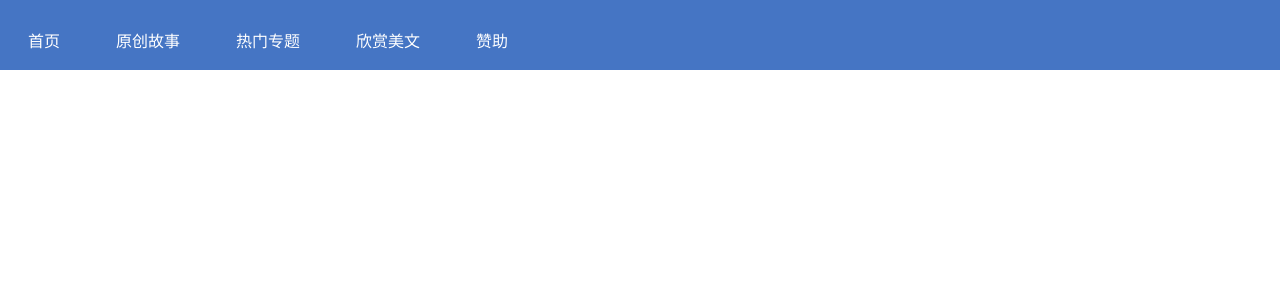
Repository: equation-zheng/Article
Page: http://localhost/Idles/
An editor plug-in stored every save of this project. The page is shown before and after the next save, followed by the edit.
The browser window is 1280 px wide. The pictures show the whole page.
The page is served by Tomcat 9.

Above is the page before, as saved 2017-12-05 08:40:41.

After the next save:
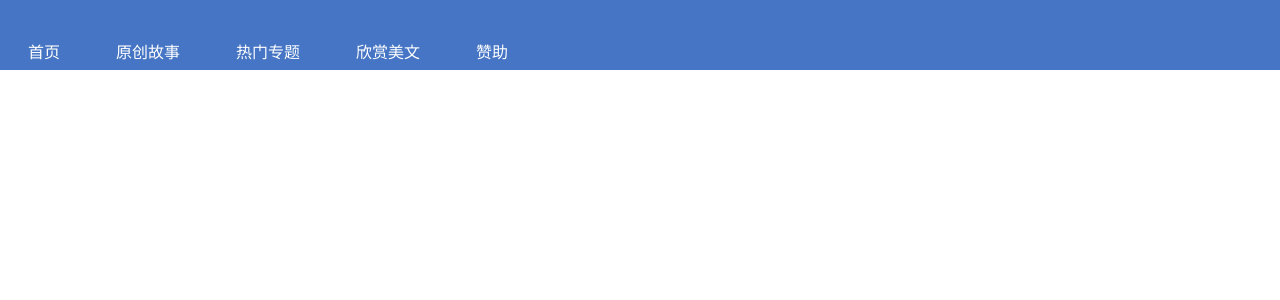
Saved 46 s later.
--- a/Service/apache-tomcat-7.0.82/Idles/WebContent/index.jsp
+++ b/Service/apache-tomcat-7.0.82/Idles/WebContent/index.jsp
@@ -21,6 +21,7 @@
 		float: left;
 		margin: 28px;
 		color: #fff;
+		line-height: 50px;
 	}
 	.header ul li:hover {
 		background: #fff;
